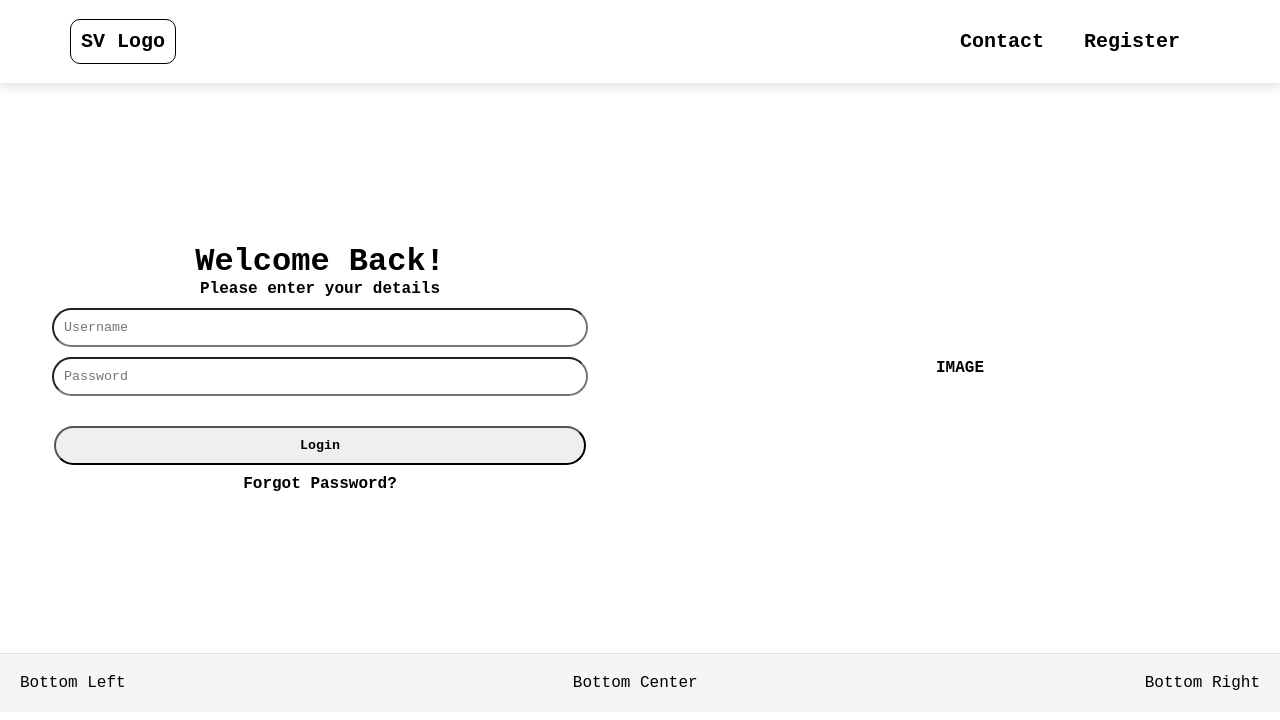
Repository: BuddhimaB/SecureVisionAI
Page: / (app in client/)
An editor plug-in stored every save of this project. The page is shown before and after a run of saves, followed by the edit.
The browser window is 1280 px wide. The pictures show the whole page.
The project was rebuilt for these pictures with package versions that can differ from the ones it lists, and the page was loaded fresh each time.

Above is the page before, as saved 2024-07-13 19:31:46.

### client/public/index.html
<!DOCTYPE html>
<html lang="en">
  <head>
    <meta charset="utf-8" />
    <link rel="icon" href="%PUBLIC_URL%/favicon.ico" />
    <meta name="viewport" content="width=device-width, initial-scale=1" />

    <meta
      name="description"
      content="Web site created using create-react-app"
    />
    <link rel="preconnect" href="https://fonts.googleapis.com">
<link rel="preconnect" href="https://fonts.gstatic.com" crossorigin>
<link href="https://fonts.googleapis.com/css2?family=Roboto:ital,wght@0,100;0,300;0,400;0,500;0,700;0,900;1,100;1,300;1,400;1,500;1,700;1,900&display=swap" rel="stylesheet">
<link rel="stylesheet" href="style.css">
    <title>SecureVision App</title>
  </head>
  <body>
    <noscript>You need to enable JavaScript to run this app.</noscript>
    <div id="root"></div>

  </body>
</html>

### client/src/App.js
import Login from "./Pages/Login/login";
import {
  BrowserRouter as Router,
  Route,
  Routes,
  Navigate
} from 'react-router-dom';

function App() {
  return (
    <div className="App">
      <Login />
    </div>
  );
}

export default App;

### client/src/Pages/Login/login.jsx
import './Login.css'
import Topbar from '../../components/Topbar/Topbar'
import Bottom from '../../components/BottomDetails/Bottom'

export default function Login() {
  return (
    <div>
      <Topbar />
      <div className='feedContainer'>
        <div className="feedLeft">
          <h1>Welcome Back!</h1>
          <h4> Please enter your details</h4>
          <div className="inputField">
          <input
          className='inputField'
          type="text"
          placeholder="Username" />

          <input className='inputField'
          type="password"
          placeholder="Password" />
          </div>
          <button className="loginButton">Login</button>
          <span className='fogotPass'>Forgot Password?</span>
        </div>

        <div className="feedRight">
          <h4>IMAGE</h4>

        </div>
        </div>
        <Bottom />
    </div>
  )
}

### client/src/Pages/Login/Login.css
.feedContainer{
    display: flex;
    justify-content: center;
    align-items: center;
    height: calc(100vh - 150px);


}
.feedLeft{
    display: flex;
    flex-direction: column;
    justify-content: center;
    align-items: center;
    width: 50%;
    height: calc(100vh - 110px);

}
.inputField{
    display: flex;
    justify-content: center;
    align-items: center;
    flex-direction: column;
    margin-bottom: 10px;
    padding: 10px;
    border-radius: 40px;
    width: 80%;
}
.inputField > input{
    width: 100%;
    padding: 10px;


    margin-bottom: 10px;
}
.loginButton{
    padding: 10px;
    border-radius: 40px;
    width: 83%;

    color:black;
    font-weight: 700;
    cursor: pointer;
    margin-bottom: 10px;
}
.loginButton:hover{
    background-color: #9b1cc2;
    color:white
}
.fogotPass{
    font-weight: 700;
    cursor: pointer;

}
.fogotPass:hover{
    color: #9b1cc2;
    text-decoration: underline;
}
.feedRight{
    display: flex;
    justify-content: center;
    align-items: center;
    width: 50%;
    height: calc(100vh - 1100px);
    background-color: #fff;
}

### client/src/components/Topbar/Topbar.jsx
import './Topbar.css'

export default function Topbar() {
  return (
    <div className='topbarContainer'>
        <div className="topbarLeft">
            <span className="logo">SV Logo</span>
        </div>

        <div className="topbarRight">
            <div className="topbarLinks">
                <span className="topbarLink">Contact</span>
                <span className="topbarLink">Register</span>
            </div>

        </div>

    </div>
  )
}

### client/src/components/BottomDetails/Bottom.jsx
import './Bottom.css'

export default function Bottom() {
  return (
    <div className='bottomContainer'>
        <div className='bottomLeft'>
            <span>Bottom Left</span>
        </div>
        <div className='bottomCenter'>
            <span>Bottom Center</span>
        </div>
        <div className='bottomRight'>
            <span>Bottom Right</span>
        </div>
    </div>
  )
}

### client/src/components/Topbar/Topbar.css
.topbarContainer{
    display: flex;
    justify-content: space-between;
    align-items: center;
    top: 0;
    z-index: 999;
    padding: 30px;
    background-color: #fff;
    box-shadow: 0 5px 10px rgba(0, 0, 0, 0.1);
    position: sticky;
}
.logo{
    font-size: 20px;
    font-weight: 700;
    border: 1px solid #000;
    padding: 10px;
    border-radius: 10px;
    margin-left: 40px;
}
.topbarRight{
    display: flex;
    align-items: center;
    margin-right: 40px;

}
.topbarLink{
    margin-right: 20px;
    font-size: 20px;
    font-weight: 700;
    padding: 10px;
    border-radius: 10px;
    cursor: pointer;
}
.topbarLink:hover{
    background-color: #9b1cc2;
    color: white;
}

### client/src/components/BottomDetails/Bottom.css
.bottomContainer{
    display: flex;
    justify-content: space-between;
    align-items: center;
    position: sticky;
    bottom: 0;
    padding: 20px;

    background-color: #f5f5f5;
    border-top: 1px solid #e0e0e0;
}

### client/public/style.css
*{
    margin: 0;
    font-family: 'Courier New', Courier, monospace;
}

Loaded but not shown: client/src/index.js (common file)

After the next 3 saves:
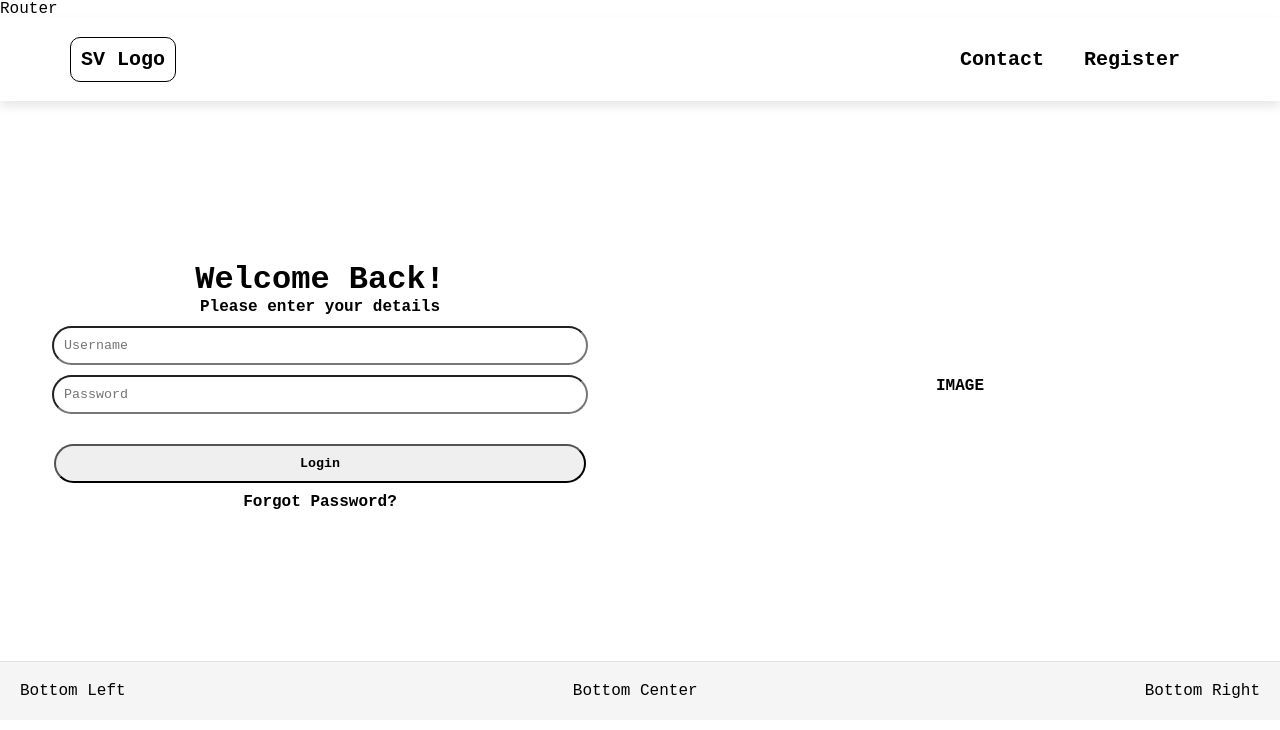
The 3 saves are shown as one change because they came seconds apart.
The last was saved 65 s later.
--- a/client/src/App.js
+++ b/client/src/App.js
@@ -9,6 +9,7 @@ import {
 function App() {
   return (
     <div className="App">
+      Router
       <Login />
     </div>
   );
